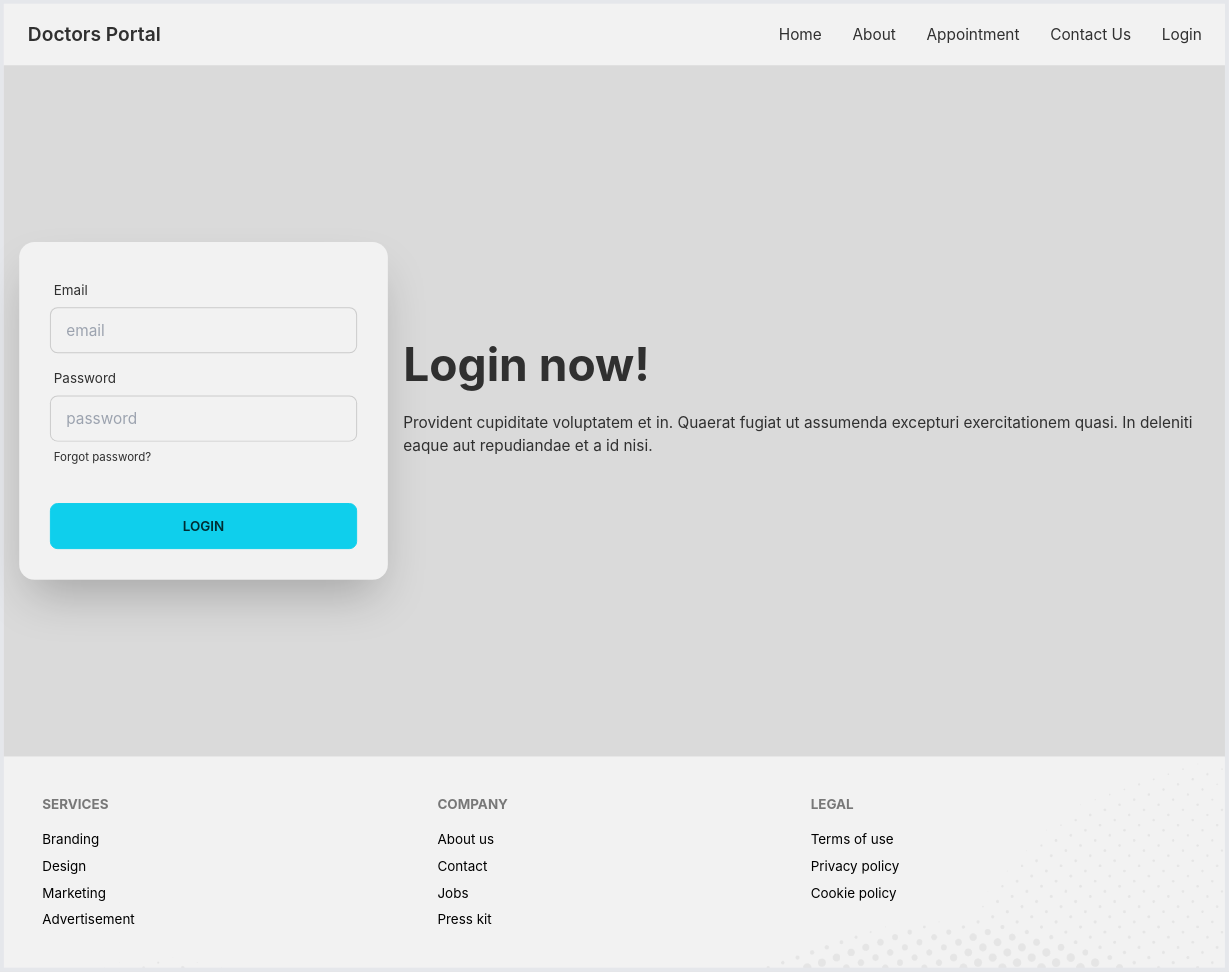
Repository: Samad77/Doctorportal-Client
Page: /login
An editor plug-in stored every save of this project. The page is shown before and after the next save, followed by the edit.
The browser window is 1280 px wide. The pictures show the whole page, at 96% of full size.
The project was rebuilt for these pictures with package versions that can differ from the ones it lists, and the page was loaded fresh each time. Also part of the build but not shown: src/Pages/Appointment/BookingModal/BookingModal.js, src/Pages/Appointment/AppoinmentCard/AppoinmentCard.js, src/Pages/Appointment/AppointmentBanner/AppointmentBanner.js, src/Pages/Appointment/AvailavleAppoinment/AvailableAppoinment.js, src/Pages/Appointment/Appoinment/Appoinment.js, src/Components/PrimaryButton/PrimaryButton.js, src/Pages/Home/Banner/Banner.js, src/Pages/Home/Cards/Cards.js and 5 more.

Above is the page before, as saved 2022-11-15 09:56:24.

After the next save:
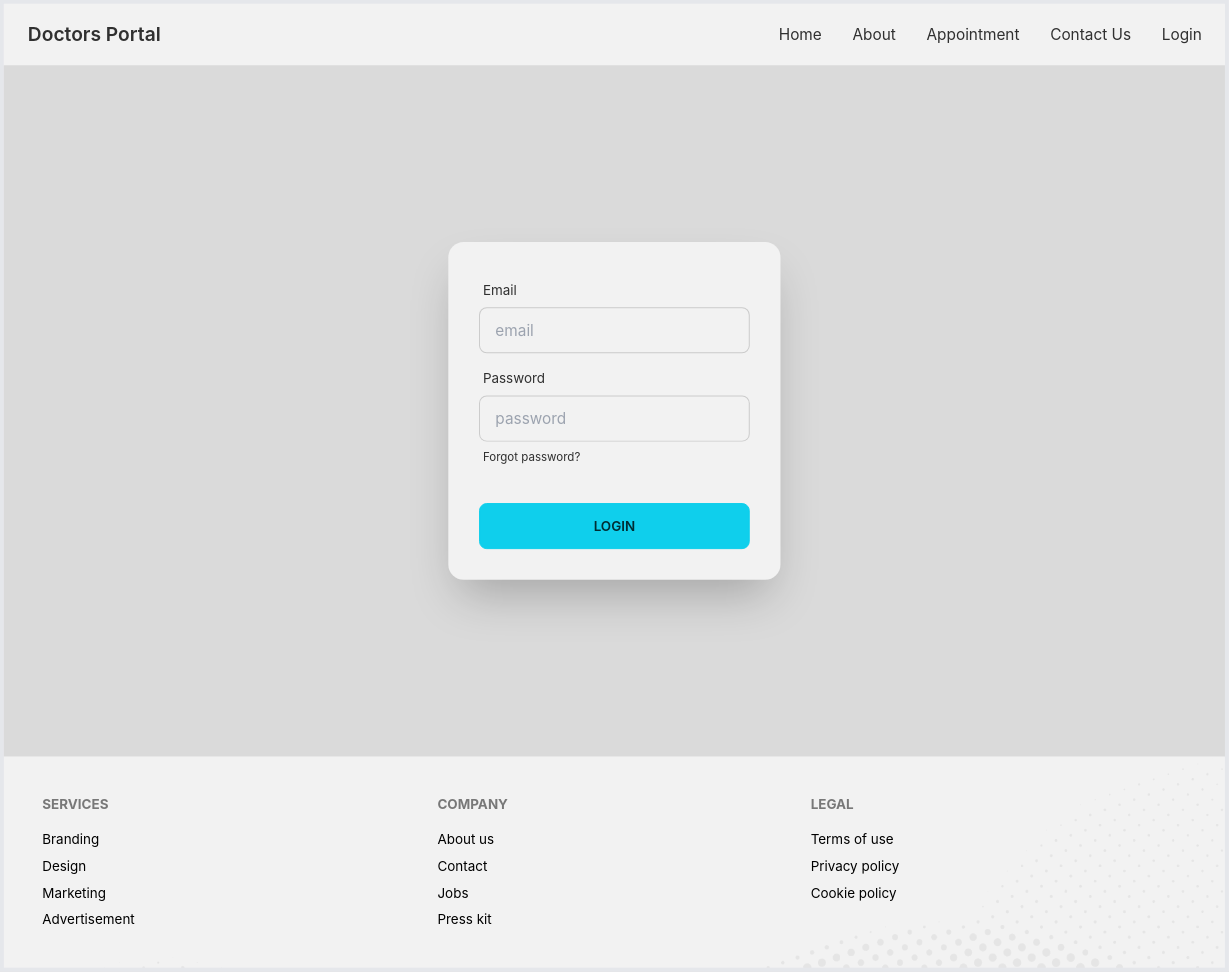
Saved 13 s later.
--- a/src/Pages/Login/Login.js
+++ b/src/Pages/Login/Login.js
@@ -3,35 +3,32 @@ import React from 'react';
 const Login = () => {
     return (
         <div className="hero min-h-screen bg-base-200">
-  <div className="hero-content flex-col lg:flex-row-reverse">
-    <div className="text-center lg:text-left">
-      <h1 className="text-5xl font-bold">Login now!</h1>
-      <p className="py-6">Provident cupiditate voluptatem et in. Quaerat fugiat ut assumenda excepturi exercitationem quasi. In deleniti eaque aut repudiandae et a id nisi.</p>
-    </div>
-    <div className="card flex-shrink-0 w-full max-w-sm shadow-2xl bg-base-100">
-      <div className="card-body">
-        <div className="form-control">
-          <label className="label">
-            <span className="label-text">Email</span>
-          </label>
-          <input type="text" placeholder="email" className="input input-bordered" />
+            <div className="hero-content flex-col lg:flex-row-reverse">
+
+                <div className="card flex-shrink-0 w-full max-w-sm shadow-2xl bg-base-100">
+                    <div className="card-body">
+                        <div className="form-control">
+                            <label className="label">
+                                <span className="label-text">Email</span>
+                            </label>
+                            <input type="text" placeholder="email" className="input input-bordered" />
+                        </div>
+                        <div className="form-control">
+                            <label className="label">
+                                <span className="label-text">Password</span>
+                            </label>
+                            <input type="text" placeholder="password" className="input input-bordered" />
+                            <label className="label">
+                                <a href="#" className="label-text-alt link link-hover">Forgot password?</a>
+                            </label>
+                        </div>
+                        <div className="form-control mt-6">
+                            <button className="btn btn-primary">Login</button>
+                        </div>
+                    </div>
+                </div>
+            </div>
         </div>
-        <div className="form-control">
-          <label className="label">
-            <span className="label-text">Password</span>
-          </label>
-          <input type="text" placeholder="password" className="input input-bordered" />
-          <label className="label">
-            <a href="#" className="label-text-alt link link-hover">Forgot password?</a>
-          </label>
-        </div>
-        <div className="form-control mt-6">
-          <button className="btn btn-primary">Login</button>
-        </div>
-      </div>
-    </div>
-  </div>
-</div>
     );
 };
 
